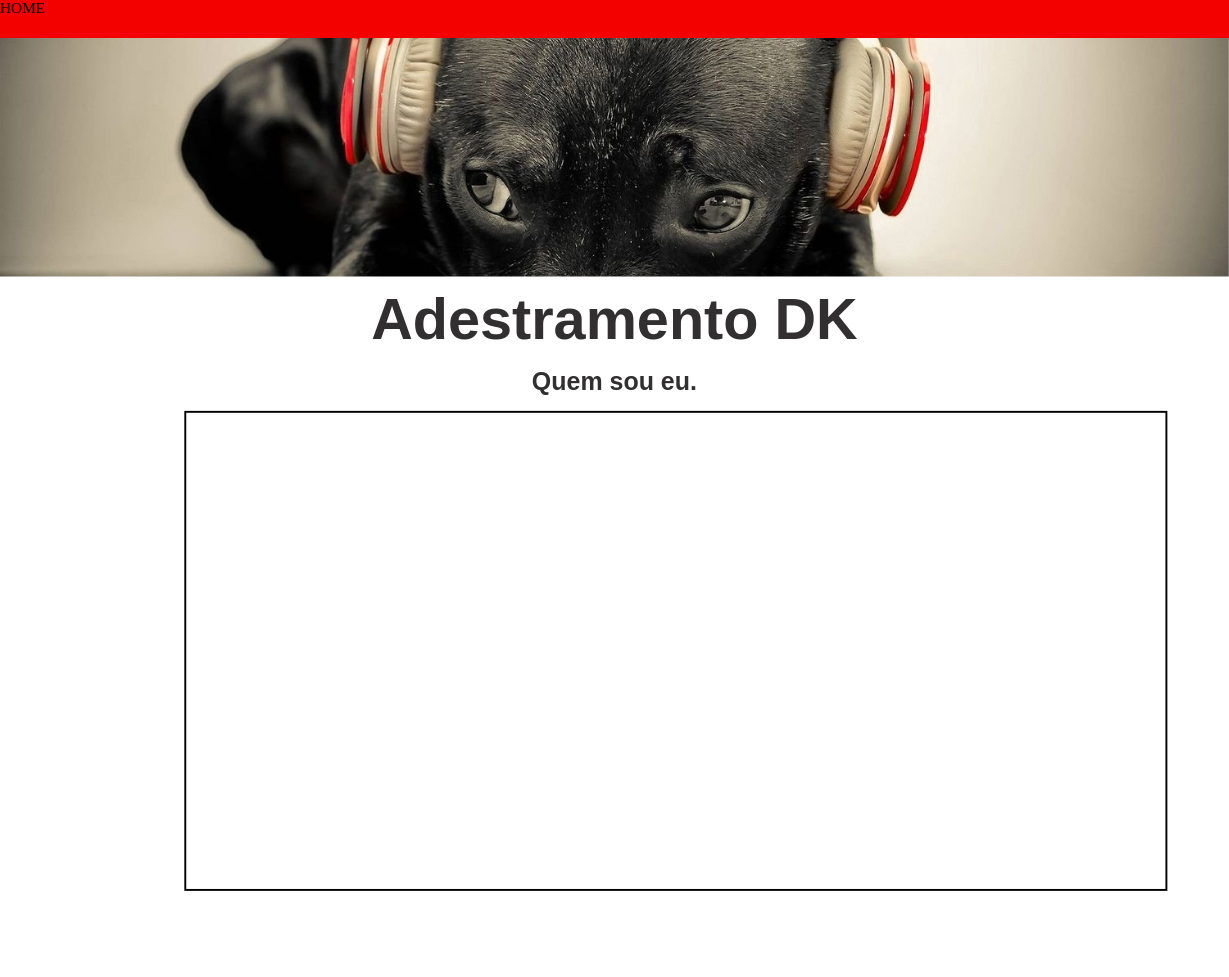
Repository: KevynMarques/Blog-React-StyledComponent
Page: /
These files come from the project's save history. The page is drawn as it stood at one moment and after the next save; the edit follows.
The browser window is 1280 px wide. The pictures show the whole page, at 96% of full size.
The project was rebuilt for these pictures with package versions that can differ from the ones it lists, and the page was loaded fresh each time.

Above is the page before, as saved 2022-01-28 13:12:42.

After the next save:
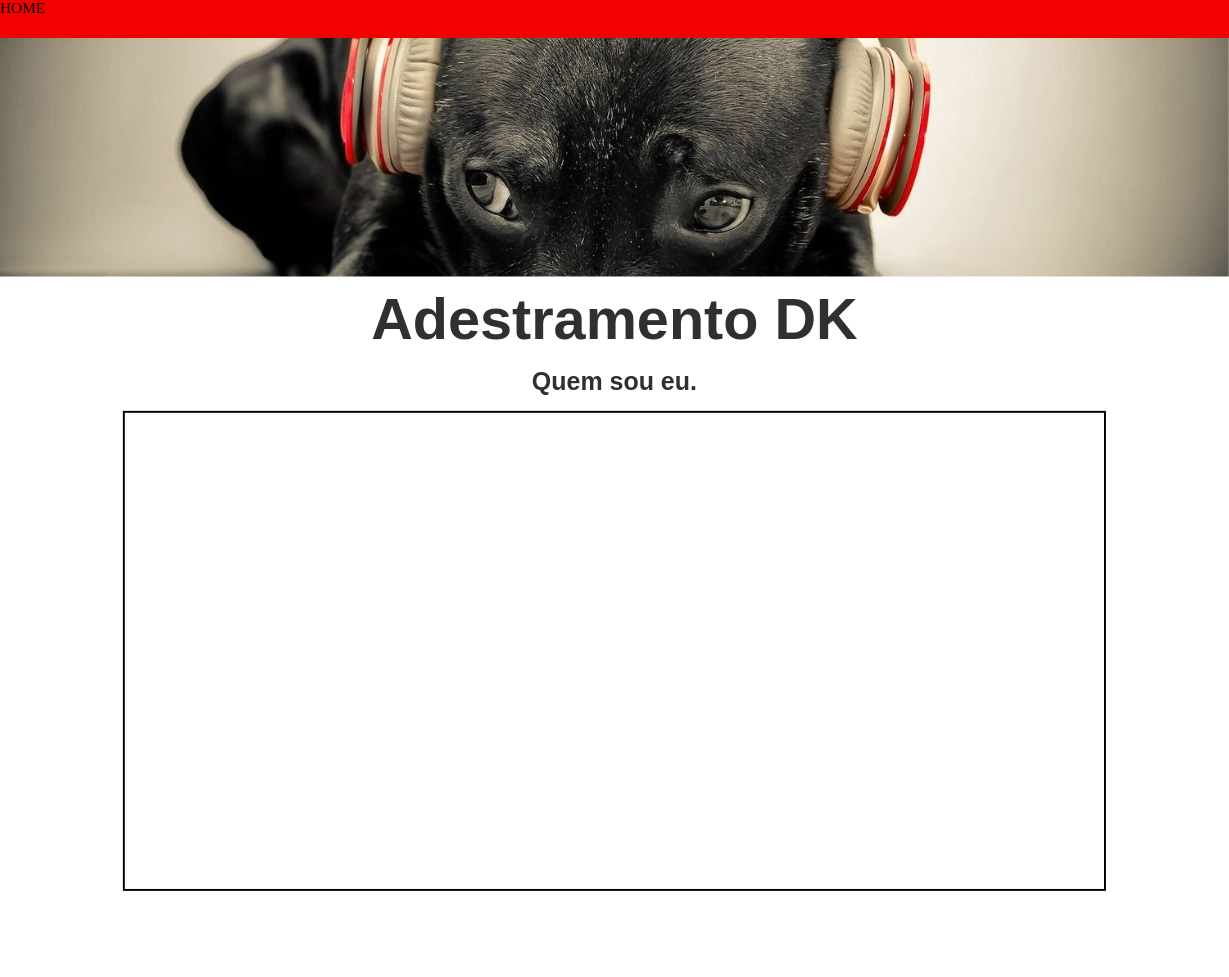
Saved 4 s later.
--- a/src/Components/Sobre/style.jsx
+++ b/src/Components/Sobre/style.jsx
@@ -20,5 +20,5 @@ export const  Sobre  = styled.section `
   height: 500px;
   border: solid 2px black;
   width: 80vw;
-  margin: 90px  15%;
+  margin: 90px  10%;
 `;
